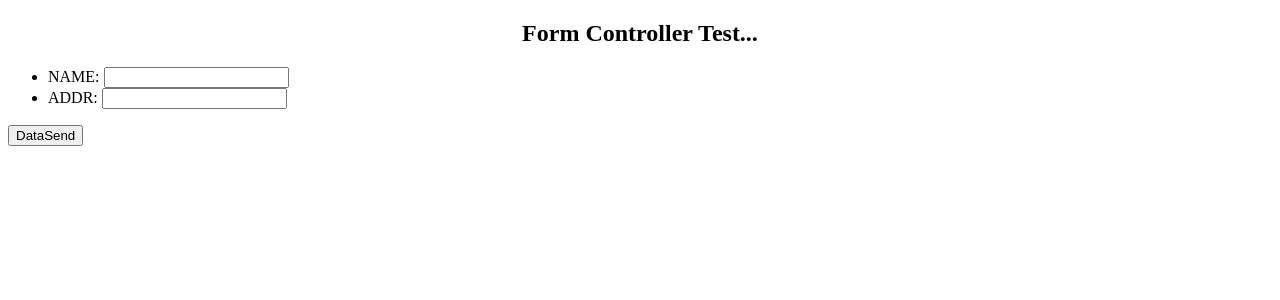
Repository: hamham1210/JavaStudy
Page: Maven02_SpringMVC/src/main/webapp/form.html
The author's editor kept a copy of each file at every save. The page is drawn from the files as they stood at one save, then again after the next save.
The browser window is 1280 px wide. The pictures show the whole page.

Above is the page before, as saved 2024-10-02 03:22:51.

After the next save:
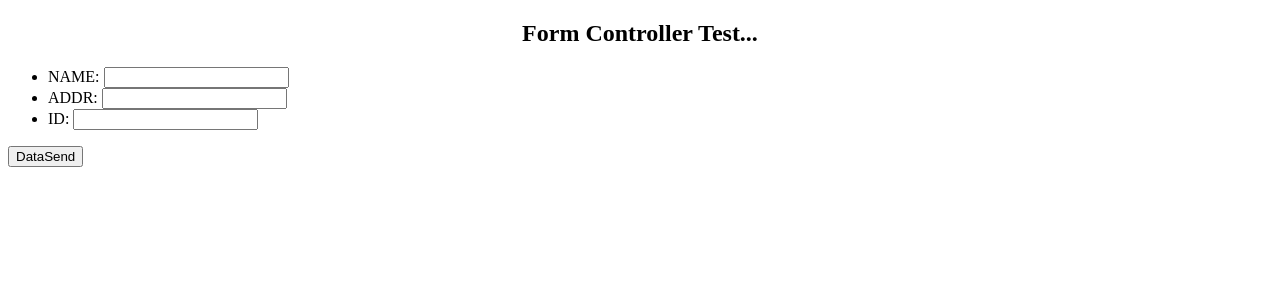
Saved 42 s later.
--- a/Maven02_SpringMVC/src/main/webapp/form.html
+++ b/Maven02_SpringMVC/src/main/webapp/form.html
@@ -10,6 +10,7 @@
 		<ul>
 			<li>NAME: <input type="text" name="userName" id="userName"></li>
 			<li>ADDR: <input type="text" name="userAddr" id="userAddr"></li>
+			<li>ID: <input type="text" name="id" id="id"></li>
 		</ul>
 		<input type="submit" value="DataSend">
 	</form>
